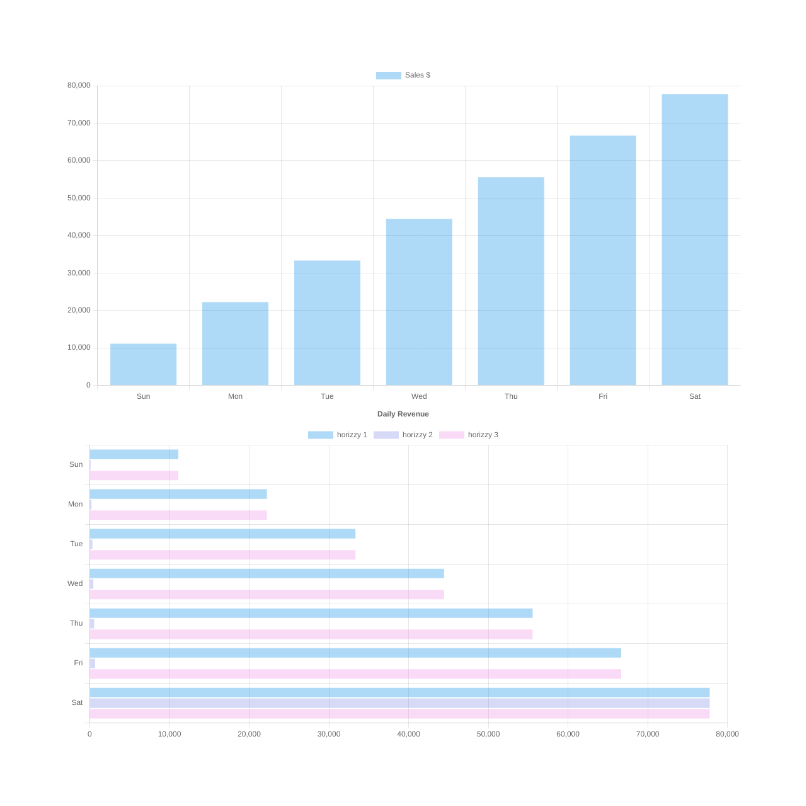
Repository: madelinestruthers/exercise-5
Page: /
The author's editor kept a copy of each file at every save. The page is drawn from the files as they stood at one save, then again after the next save.
The browser window is 1280 px wide. The pictures show the whole page, at 63% of full size.
The project was rebuilt for these pictures with package versions that can differ from the ones it lists, and the page was loaded fresh each time. The framework's server and built-in components were replaced by stand-ins that run in the browser. Also part of the build but not shown: next.config.mjs.

Above is the page before, as saved 2024-04-15 10:40:24.

After the next save:
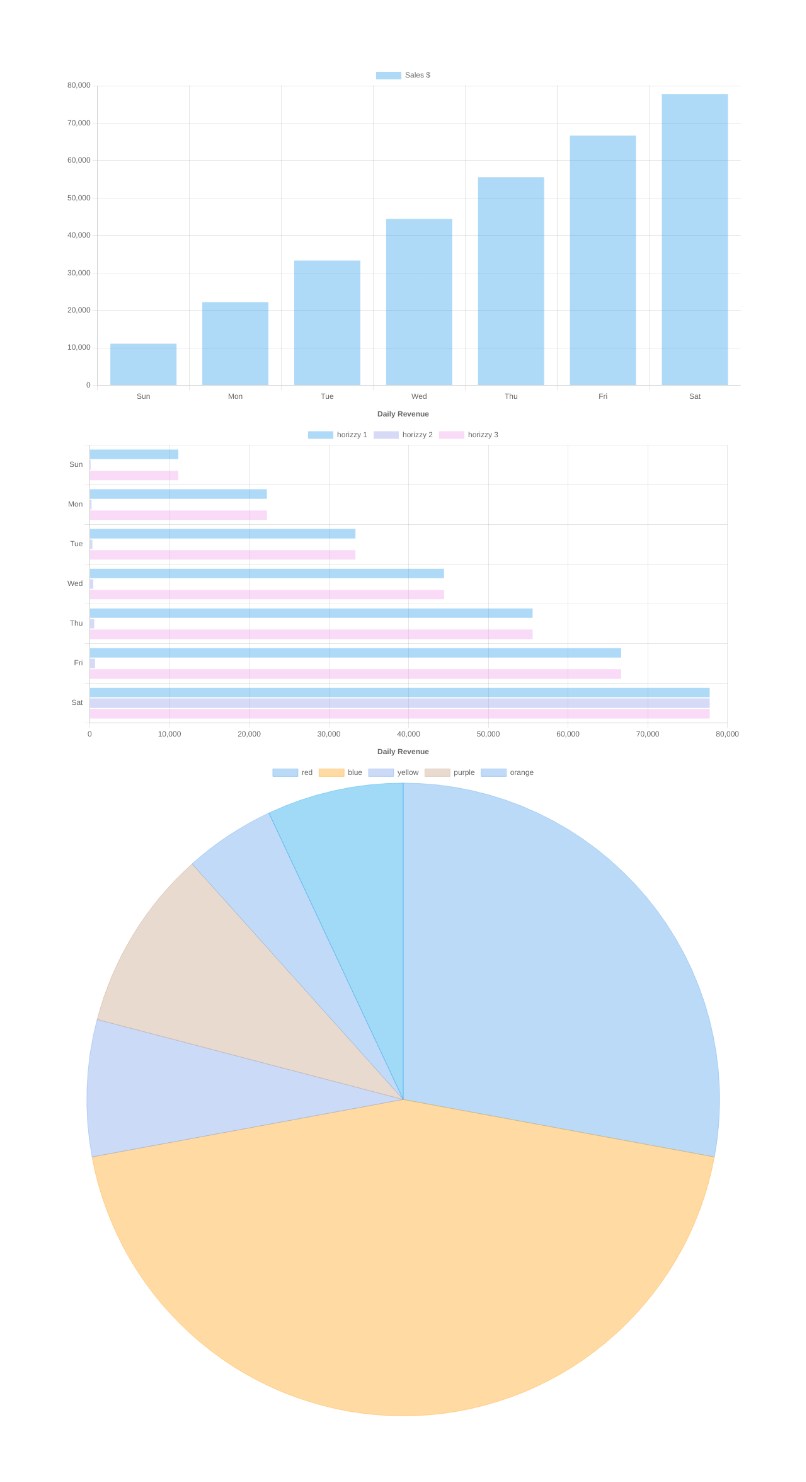
Saved 13 s later.
--- a/pages/index.js
+++ b/pages/index.js
@@ -1,6 +1,7 @@
 import VerticalChart from "@/components/VerticalChart";
 import styles from "@/styles/Home.module.css";
 import HorizontalChart from "@/components/HorizontalChart";
+import PieChart from "@/components/PieChart";
 
 export default function Home() {
   return (
@@ -9,6 +10,7 @@ export default function Home() {
       <main className={`${styles.main} `}>
        <VerticalChart/>
        <HorizontalChart/>
+       <PieChart/>
       </main>
     </>
   );
